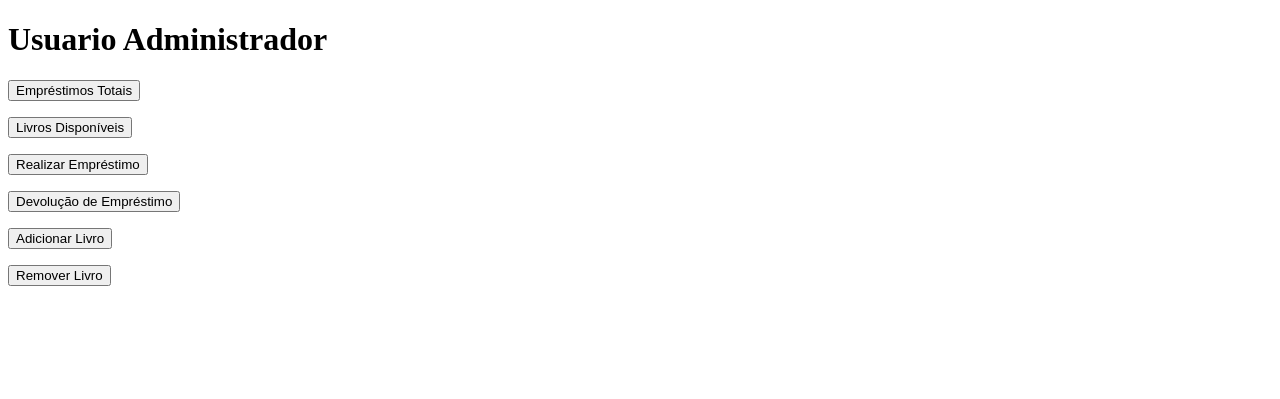
Repository: lmsmorais/ProjectEpiousion
Page: http://localhost/LibraryProject/jsp/usuarioAdmin.jsp
The author's editor kept a copy of each file at every save. The page is drawn from the files as they stood at one save, then again after the next save.
The browser window is 1280 px wide. The pictures show the whole page.
The page is served by Tomcat 9.

Above is the page before, as saved 2020-11-12 16:42:54.

After the next save:
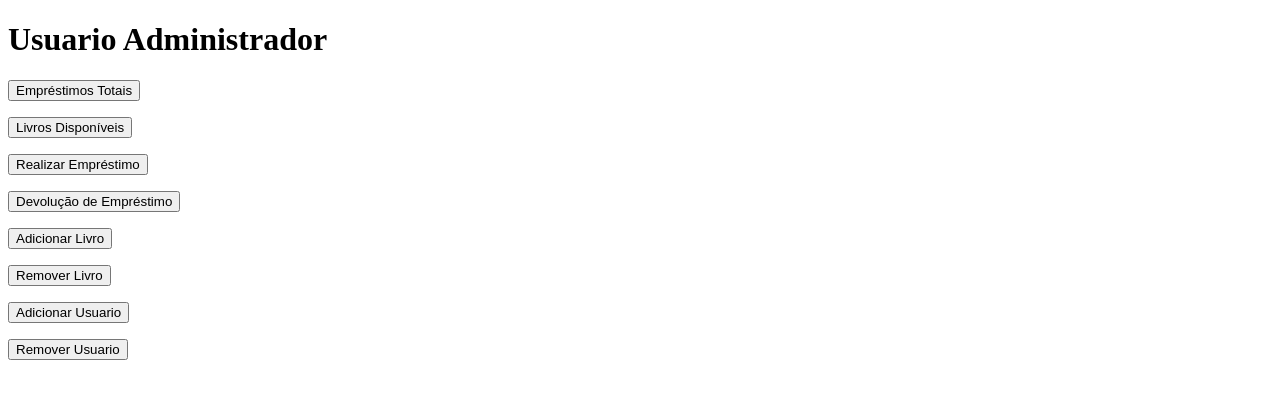
Saved 37 s later.
--- a/LibraryProject/WebContent/jsp/usuarioAdmin.jsp
+++ b/LibraryProject/WebContent/jsp/usuarioAdmin.jsp
@@ -20,6 +20,10 @@
 	<A HREF='${pageContext.request.contextPath}/adicionarLivro.jsp'><button>Adicionar Livro</button></A>
 	<p>
 	<A HREF='${pageContext.request.contextPath}/removerLivro.jsp'><button>Remover Livro</button></A>
+	<p>
+	<A HREF='${pageContext.request.contextPath}/removerLivro.jsp'><button>Adicionar Usuario</button></A>
+	<p>
+	<A HREF='${pageContext.request.contextPath}/removerLivro.jsp'><button>Remover Usuario</button></A>
 
 
 </body>

After the save that followed:
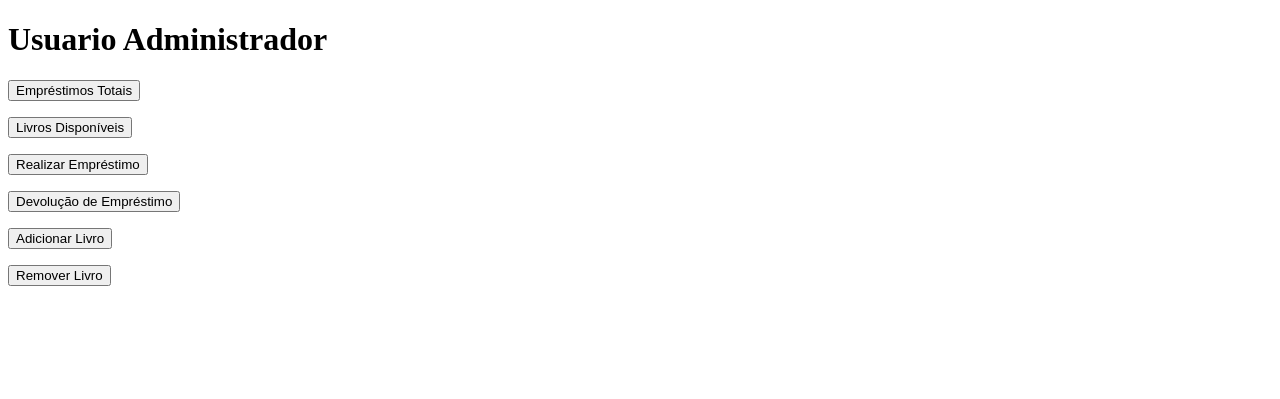
Saved 51 s later.
--- a/LibraryProject/WebContent/jsp/usuarioAdmin.jsp
+++ b/LibraryProject/WebContent/jsp/usuarioAdmin.jsp
@@ -20,10 +20,7 @@
 	<A HREF='${pageContext.request.contextPath}/adicionarLivro.jsp'><button>Adicionar Livro</button></A>
 	<p>
 	<A HREF='${pageContext.request.contextPath}/removerLivro.jsp'><button>Remover Livro</button></A>
-	<p>
-	<A HREF='${pageContext.request.contextPath}/removerLivro.jsp'><button>Adicionar Usuario</button></A>
-	<p>
-	<A HREF='${pageContext.request.contextPath}/removerLivro.jsp'><button>Remover Usuario</button></A>
+
 
 
 </body>
